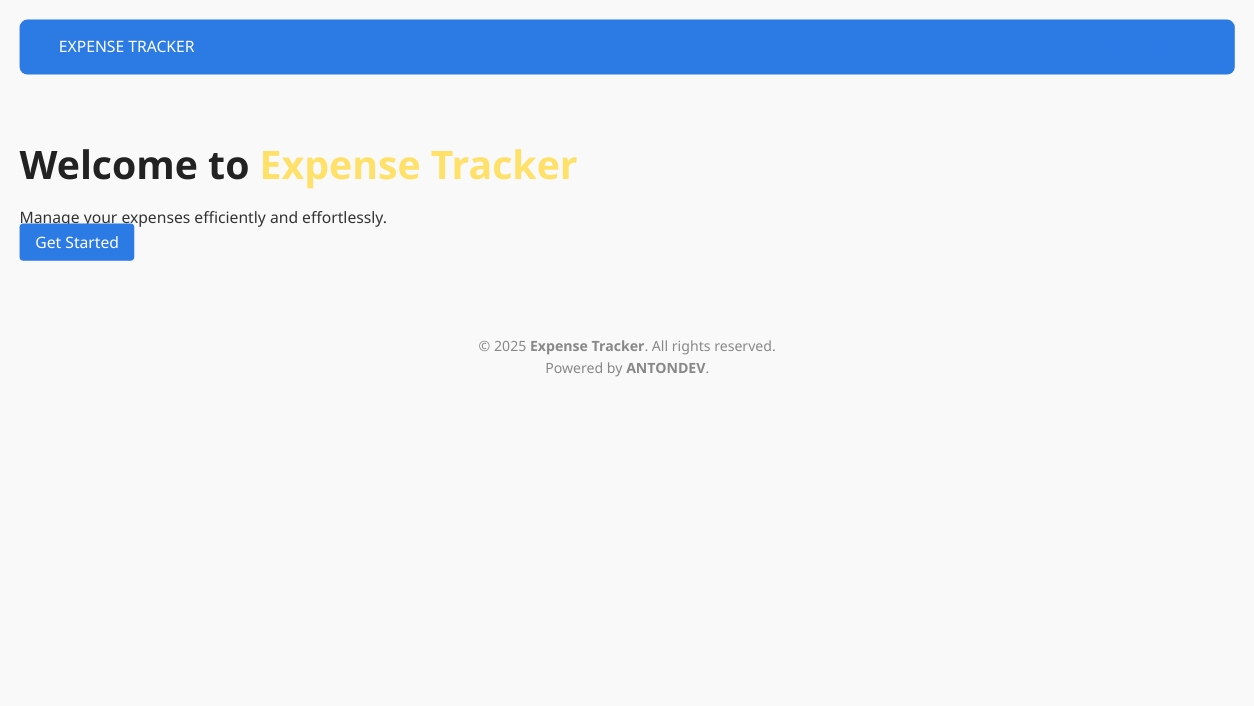
Repository: An-tonDev/expense-tracker
Page: public/html/index.html
An editor plug-in stored every save of this project. The page is shown before and after the next save, followed by the edit.
The browser window is 1280 px wide. The pictures show the whole page, at 98% of full size.

Above is the page before, as saved 2025-10-30 19:45:25.

After the next save:
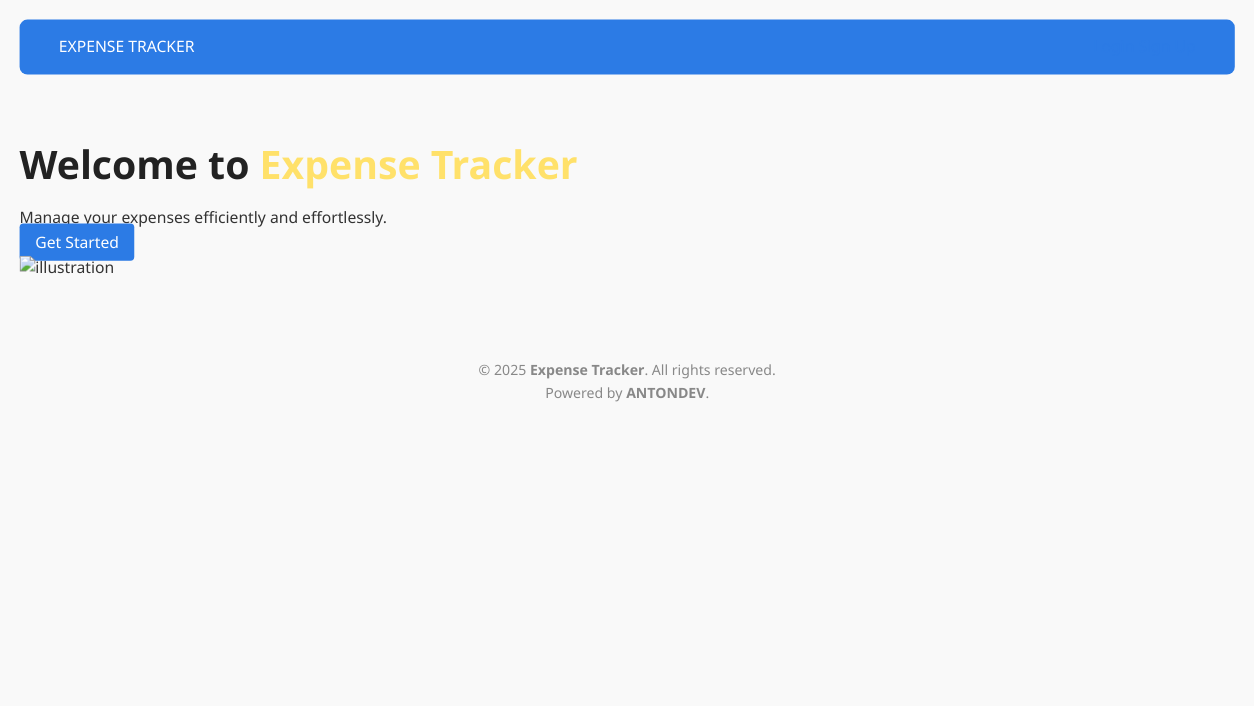
Not found: public/img/ChatGPT Image Jun 27, 2025, 10_34_58 AM.png
Saved 9 min 36 s later.
--- a/public/html/index.html
+++ b/public/html/index.html
@@ -24,7 +24,9 @@
       <p>Manage your expenses efficiently and effortlessly.</p>
       <a href="./register.html" class="btn">Get Started</a>
     </div>
-    <div class="landing-image"></div>
+    <div class="landing-image">
+      <img src="../img/ChatGPT Image Jun 27, 2025, 10_34_58 AM.png" alt="illustration">
+    </div>
   </section>
 
   <!-- Footer -->

After the save that followed:
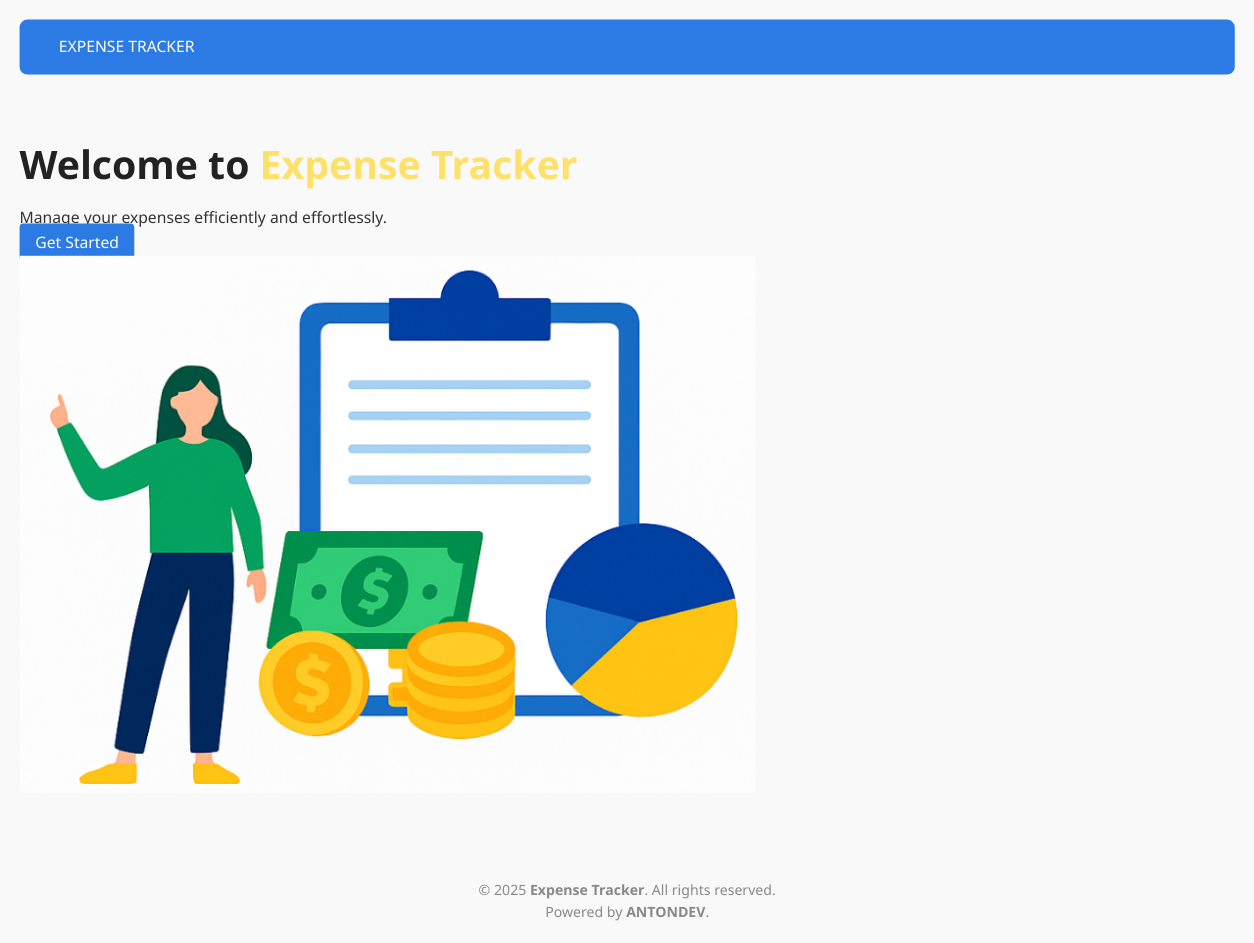
Saved 4 min 48 s later.
--- a/public/html/index.html
+++ b/public/html/index.html
@@ -25,7 +25,7 @@
       <a href="./register.html" class="btn">Get Started</a>
     </div>
     <div class="landing-image">
-      <img src="../img/ChatGPT Image Jun 27, 2025, 10_34_58 AM.png" alt="illustration">
+      <img src="../img/Screenshot 2025-10-30 195757.png" alt="illustration">
     </div>
   </section>
 
